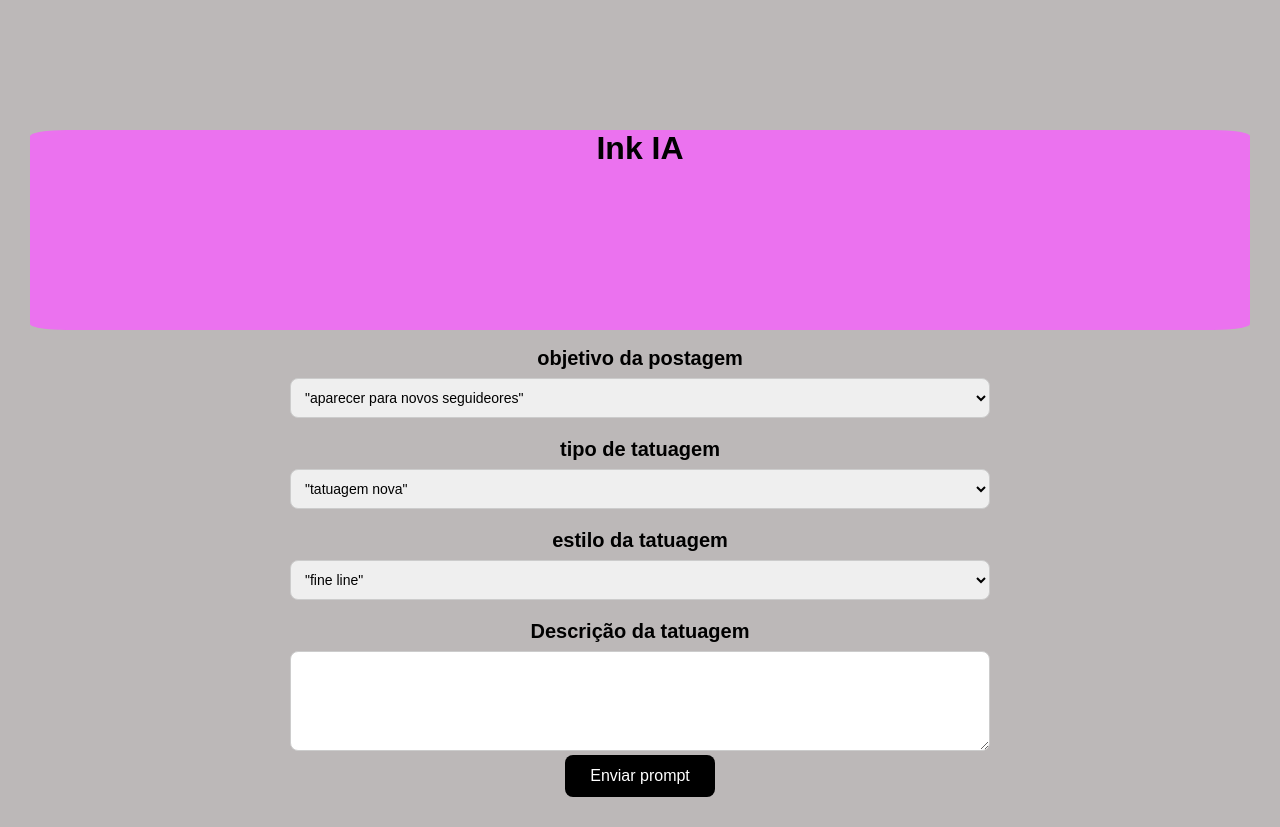
Repository: Ubiratandev/ink_api
Page: ink_IA/ink_ia.html
The author's editor kept a copy of each file at every save. The page is drawn from the files as they stood at one save, then again after the next save.
The browser window is 1280 px wide. The pictures show the whole page.

Above is the page before, as saved 2026-03-25 00:20:02.

After the next save:
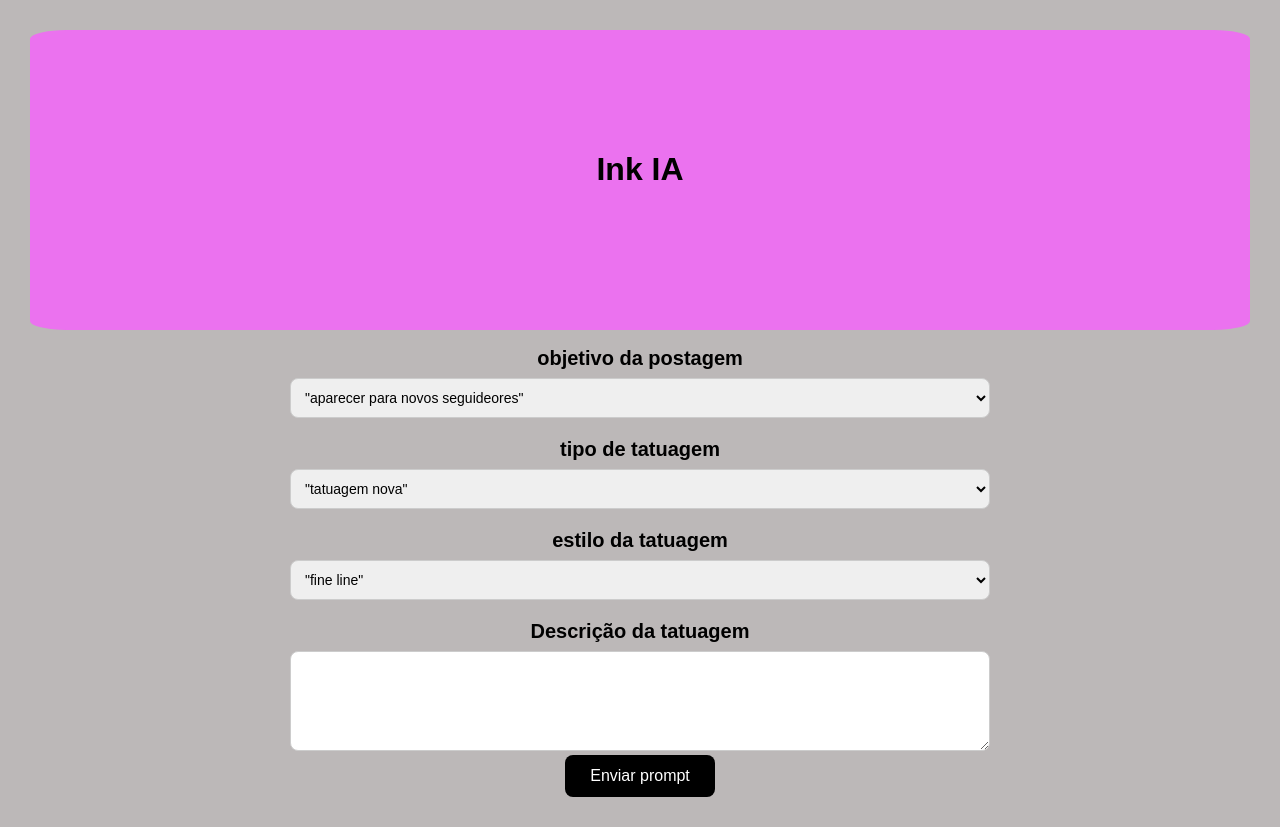
Saved 13 s later.
--- a/ink_IA/styles.css
+++ b/ink_IA/styles.css
@@ -1,8 +1,7 @@
 /* RESET básico */
 header {
   margin: auto;
-  margin-top:100px;
-  padding:auto;
+  padding-top:100px;
   height:200px;
   font-family: Arial, sans-serif;
   background: #eb72ef;
